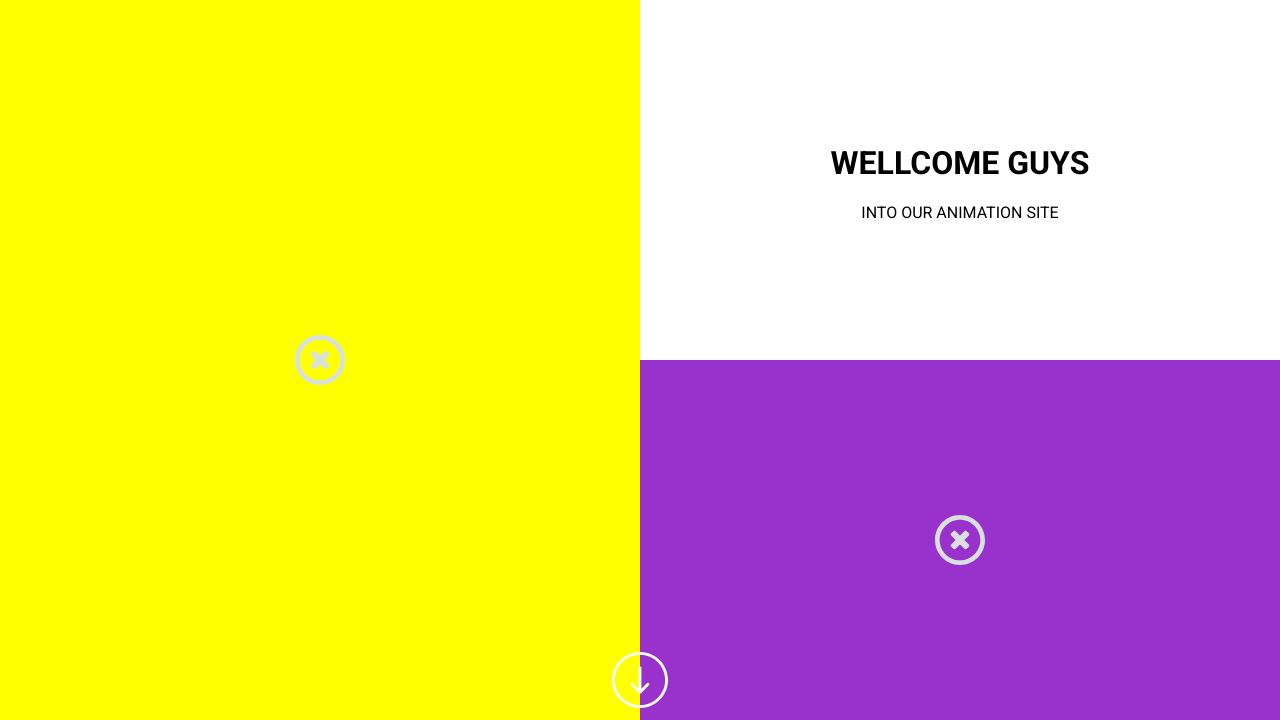
Repository: Rinzlerte/react-reveale-animation
Page: /main
An editor plug-in stored every save of this project. The page is shown before and after the next save, followed by the edit.
The browser window is 1280 px wide. The pictures show the whole page.
The project was rebuilt for these pictures with package versions that can differ from the ones it lists, and the page was loaded fresh each time. Also part of the build but not shown: src/components/home/Promoslider.jsx, src/components/home/Header.jsx, src/components/home/Home.jsx, src/components/secondary/Secondary.css, src/components/secondary/Secondary.jsx, src/components/ui/BackBtn.js, src/components/featured/About.jsx, src/components/featured/Inform.jsx and 3 more.

Above is the page before, as saved 2019-10-22 17:11:28.

### public/index.html
<!DOCTYPE html>
<html lang="en">
  <head>
    <meta charset="utf-8" />
    <link rel="icon" href="%PUBLIC_URL%/favicon.ico" />
    <meta name="viewport" content="width=device-width, initial-scale=1" />
    <meta name="theme-color" content="#000000" />
    <meta
      name="description"
      content="Web site created using create-react-app"
    />
    <link rel="apple-touch-icon" href="logo192.png" />
    <link rel="stylesheet" href="https://fonts.googleapis.com/css?family=Roboto:300,400,500,700&display=swap" />
    <link rel="manifest" href="%PUBLIC_URL%/manifest.json" />
    <title>React App</title>
  </head>
  <body>
    <noscript>You need to enable JavaScript to run this app.</noscript>
    <div id="root"></div>
  </body>
</html>

### src/App.js
import React, { Component } from 'react';
import { BrowserRouter, Route } from 'react-router-dom';
import './Resources/styles.css'

import Home from './components/home/Home';
import Main from './components/main/Main';


import About from './components/featured/About';
import Inform from './components/featured/Inform';

import Navigation from './components/navigation/Navigation';
import Contacts from './components/featured/Contacts';

export default class App extends Component {
  render() {
    return (
      <BrowserRouter >
        <Route exact path="/" render={() => <Home />} />
        <Route path="/main" render={() => <Main />}/>
        <Route path="/inform" render={() => <Inform />}/>
        <Route path="/menu" render={() => <Navigation />}/>
        <Route path="/contacts" render={() => <Contacts />}/>
        <Route path="/about" render={() => <About />}/>
      </BrowserRouter>
    )
  }
}

### src/Resources/styles.css
body {
  margin: 0;
  font-family: -apple-system, BlinkMacSystemFont, "Segoe UI", "Roboto", "Oxygen",
    "Ubuntu", "Cantarell", "Fira Sans", "Droid Sans", "Helvetica Neue",
    sans-serif;
  -webkit-font-smoothing: antialiased;
  -moz-osx-font-smoothing: grayscale;
  padding: 0;
  box-sizing: border-box;
  font-family: "Roboto", sans-serif;
}

code {
  font-family: source-code-pro, Menlo, Monaco, Consolas, "Courier New",
    monospace;
}

.home, .container{
  width: 100%;
}

.container{
  height: 100%;
}

/* HEADER */
.header_logo{
  color: white;
  font-size: 28px;
}

.home{
  display: flex;
  justify-content: space-between;
  align-items: center;
  flex-direction: column;
}




/* FOOTER */
.footer{
  bottom: 0;
  position: absolute;
  display: block;
  width: 100%;
  height: 80px;
  z-index: 99;
  display: flex;
  align-items: center;
  justify-content: space-around;
}


.arrow-btn, .back-btn{
  display: block;
}

.arrow-btn, .cross-btn, .back-btn{
  background-size: cover !important;

}




.box:hover + a{
    display: block !important;
}

.link{
  display: block;
}

### src/components/main/Main.jsx
import React from 'react';
import {ArrowBtn} from '../ui/ArrowBtn';
import {CrossBtn} from '../ui/CrossBtn';

import Slide from 'react-reveal/Slide';
import Wellcome from './Wellcome';
import Information from './Information';

import Secondary from '../secondary/Secondary';

import './Main.css';

  export default class Main extends React.Component {
      constructor(props){
          super(props);
          this.state={
			secondary: false,
		}
		this.toogleSecondary = this.toogleSecondary.bind(this);
		this.handleEvent = this.handleEvent.bind(this);
      }

	handleEvent = (event) =>{
		var y = event.deltaY;
		if (y > 0) {
			console.log("scroll down");
		this.setState({
			secondary : true,
		})
		} else {
			console.log("scroll up");
			this.setState({
				// secondary : false,
			})
		}
	}
	toogleSecondary = (value) => {
		console.log(value);
		this.setState({
			secondary : value
		});
	}

    render(){
        return (
				<div className="main" style={{ height:`${window.innerHeight}px`}} onWheel={(event)=>this.handleEvent(event)}>
					<div className="container" style={{display:`flex`, height:`${window.innerHeight}px`}}>
						<Slide left>
							<div className="about-box">
								<CrossBtn  width="50px" height="50px" link="true" linkTo="/about"/>
							</div>
						</Slide>
						<Slide right>
							<div className="intro">
								<Wellcome />
								<Information />
							</div>
						</Slide>
					</div>
					{	this.state.secondary?
						<Secondary />
						:null
					}
					<div className="footer" onClick={(e)=>this.toogleSecondary(true)}>
						<ArrowBtn
							width="56px" height="56px" link="true" linkTo="/secondary"
						/>
					</div>
				</div>
        );
    }
}

### src/components/ui/ArrowBtn.js
import React from "react";
import { Link } from "react-router-dom";

import IconImage from "../../Resources/images/logos/down-arrow.svg";

export const ArrowBtn = props => {
  const template = (
    <div
      className="arrow-btn"
      style={{
        width: props.width,
        height: props.height,
        background: `url(${IconImage}) no-repeat`
      }}
    />
  );

  if (props.link) {
    return (
      <Link to={props.linkTo} className="link">
        {template}
      </Link>
    );
  } else {
    return template;
  }
};

### src/components/ui/CrossBtn.js
import React from "react";
import { Link } from "react-router-dom";

import image from "../../Resources/images/logos/close.svg";

export const CrossBtn = props => {
  const template = (
    <div
      className="cross-btn"
      style={{
        width: props.width,
        height: props.height,
        background: `url(${image}) no-repeat`,
        opacity: props.opacity
      }}
    />
  );

  if (props.link) {
    return (
      <Link to={props.linkTo} className="link">
        {template}
      </Link>
    );
  } else {
    return template;
  }
};

### src/components/main/Wellcome.jsx
import React from 'react';

const Wellcome = () => {
    return (
        <div className="wellcome-box">
         <div className="wellcome-wrapper">
            <h1>WELLCOME GUYS</h1>
            <p>INTO OUR ANIMATION SITE</p>
         </div>
        </div>
    );
};

export default Wellcome;

### src/components/main/Information.jsx
import React, { Component } from 'react';
import {CrossBtn} from '../ui/CrossBtn';

export default class Information extends Component {

    constructor(props) {
        super(props)
        this.state = {
          opacity: 0
        }
        this.mouseEnter = this.mouseEnter.bind(this);
        this.mouseLeave = this.mouseLeave.bind(this);
      }

      mouseEnter() {
          console.log('mouse enter')
          this.setState({opacity: 1})
      }

      mouseLeave() {
          console.log('mouse leave')
          this.setState({opacity: 0})
      }

    render() {
        return (
            <div className="inform-box" onMouseEnter={this.mouseEnter} onMouseLeave={this.mouseLeave}>
                <CrossBtn  width="50px" height="50px" link="true" linkTo="/inform" style={{opacity: this.state.opacity}}/>
            </div>
        )
    }
}

### src/components/main/Main.css

.main{
	display: flex;
	width: 100%;
	overflow: hidden;
}

.intro, .about{
	width: 50%;
	height: 100%;
}

.about-box{
	width: 50%;
	height: 100%;
	background-color: yellow;
	display: flex;
	justify-content: space-around;
	align-items: center;
}

.wellcome-box{
	width: 100%;
	height: 50%;
	background-color: white;
	display: flex;
	justify-content: space-around;
	align-items: center;
	text-align: center;
}


.inform-box{
	width: 100%;
	height: 50%;
	display: flex;
	justify-content: space-around;
	align-items: center;
	background-color: darkorchid;
}

Loaded but not shown: src/index.js (common file)

After the next save:
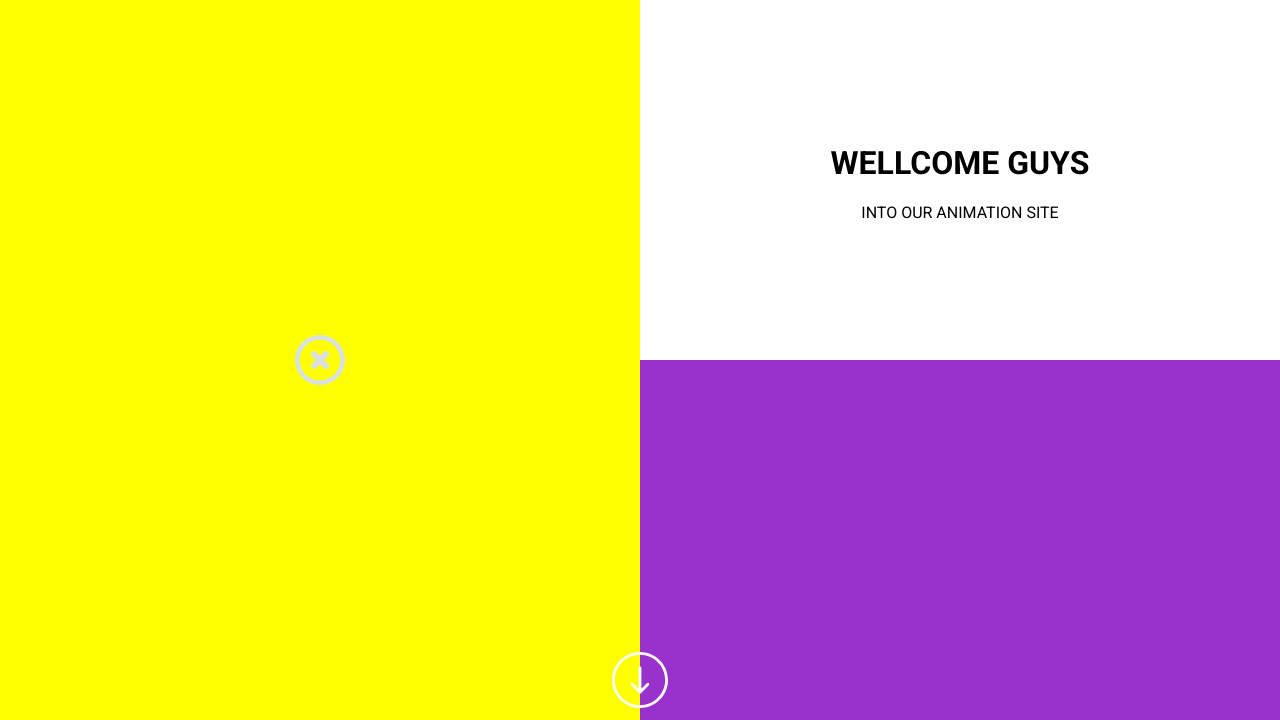
Saved 35 s later.
--- a/src/components/main/Information.jsx
+++ b/src/components/main/Information.jsx
@@ -25,7 +25,7 @@ export default class Information extends Component {
     render() {
         return (
             <div className="inform-box" onMouseEnter={this.mouseEnter} onMouseLeave={this.mouseLeave}>
-                <CrossBtn  width="50px" height="50px" link="true" linkTo="/inform" style={{opacity: this.state.opacity}}/>
+                <CrossBtn  width="50px" height="50px" link="true" linkTo="/inform" opacity={this.state.opacity}/>
             </div>
         )
     }
